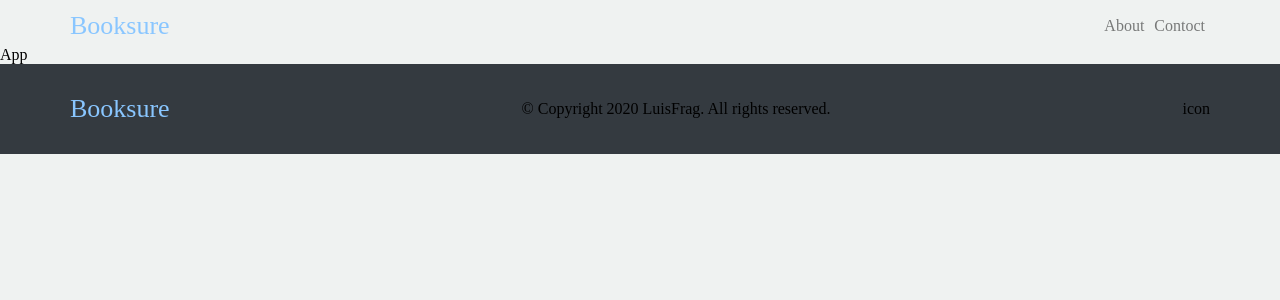
Repository: changesxxx/searchBooks
Page: /
The author's editor kept a copy of each file at every save. The page is drawn from the files as they stood at one save, then again after the next save.
The browser window is 1280 px wide. The pictures show the whole page.
The project was rebuilt for these pictures with package versions that can differ from the ones it lists, and the page was loaded fresh each time. Also part of the build but not shown: craco.config.js.

Above is the page before, as saved 2024-06-24 12:03:27.

### src/index.js
import React from 'react'

import ReactDOM from 'react-dom/client'

//css重置
import 'normalize.css'
import '@/assets/css/index.css'

import App from './App.jsx'

const root = ReactDOM.createRoot(document.getElementById('root'))

root.render(<App />)

### src/assets/css/index.css
@import './reset.css';
@import './common.css';

### src/App.jsx
import React, { memo } from 'react'
import PageHeader from './components/pageHeader/PageHeader'
import PageFooter from './components/pageFooter/PageFooter'

const App = memo(() => {
  return (
    <div>
      <PageHeader></PageHeader>
      App
      <PageFooter></PageFooter>
    </div>
  )
})

export default App

### src/assets/css/reset.css
/* 样式的重置 */
body,
html,
h1,
h2,
h3,
h4,
h5,
h6,
ul,
ol,
li,
dl,
dt,
dd,
header,
menu,
section,
p,
input,
td,
th,
ins {
  padding: 0;
  margin: 0;
}

ul,
ol,
li {
  list-style: none;
}

a {
  text-decoration: none;
  color: #666;
}

a:hover {
  color: #666;
  text-decoration: underline;
}

i,
em {
  font-style: normal;
}

input,
textarea,
button,
select,
a {
  outline: none;
  border: none;
}

table {
  border-collapse: collapse;
  border-spacing: 0;
}

img {
  border: none;
  vertical-align: middle;
}

### src/assets/css/common.css
body {
  background-color: #eff2f1;
}

.content_mid {
  width: 1140px;
  margin: 0 auto;
}

### src/components/pageHeader/PageHeader.jsx
import React, { memo } from 'react'

import HeaderWrapper from './style'

const PageHeader = memo(() => {
  return (
    <HeaderWrapper className="content_mid">
      <div className="title">Booksure</div>
      <div className="other">
        <div className="item">About</div>
        <div className="item">Contoct</div>
      </div>
    </HeaderWrapper>
  )
})

export default PageHeader

### src/components/pageFooter/PageFooter.jsx
import React, { memo } from 'react'

import FooterWrapper from './style'

const PageFooter = memo(() => {
  return (
    <FooterWrapper>
      <div className="content_mid content ">
        <div className="title">Booksure</div>
        <div className="text">
          © Copyright 2020 LuisFrag. All rights reserved.
        </div>
        <div className="icon">icon</div>
      </div>
    </FooterWrapper>
  )
})

export default PageFooter

### src/components/pageHeader/style.js
import { styled } from 'styled-components'

const HeaderWrapper = styled.div`
  display: flex;
  justify-content: space-between;
  height: 40px;
  margin-top: 6px;
  padding: 0 15px;

  .title {
    display: flex;
    height: 100%;
    align-items: center;

    font-size: 26px;
    color: #89c6ff;
  }

  .other {
    display: flex;
    height: 100%;

    align-items: center;

    .item {
      margin: 0 5px;
      color: rgba(0, 0, 0, 0.5);
    }
  }
`
export default HeaderWrapper

### src/components/pageFooter/style.js
import { styled } from 'styled-components'

const FooterWrapper = styled.div`
  height: 90px;
  background-color: #343a40;

  .content {
    display: flex;
    height: 100%;
    justify-content: space-between;

    align-items: center;

    .title {
      font-size: 26px;
      color: #89c6ff;
    }
  }
`

export default FooterWrapper

Loaded but not shown: public/index.html (common file)

After the next save:
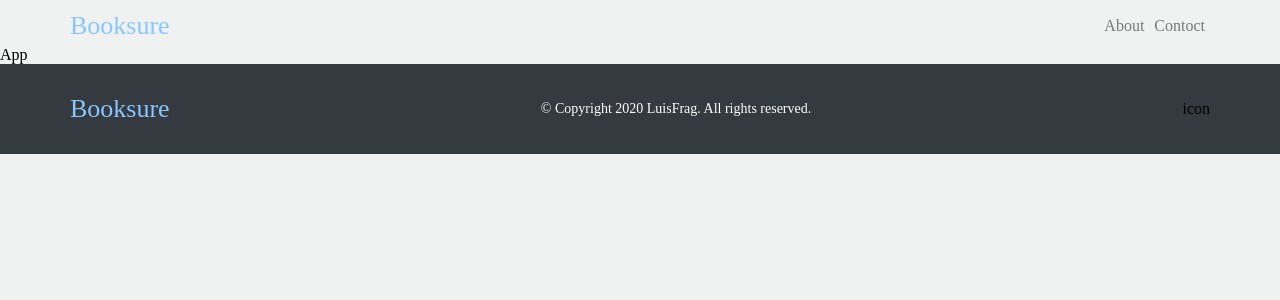
Saved 19 s later.
--- a/src/components/pageFooter/style.js
+++ b/src/components/pageFooter/style.js
@@ -15,6 +15,11 @@
       font-size: 26px;
       color: #89c6ff;
     }
+
+    .text {
+      font-size: 14px;
+      color: #fff;
+    }
   }
 `
 
